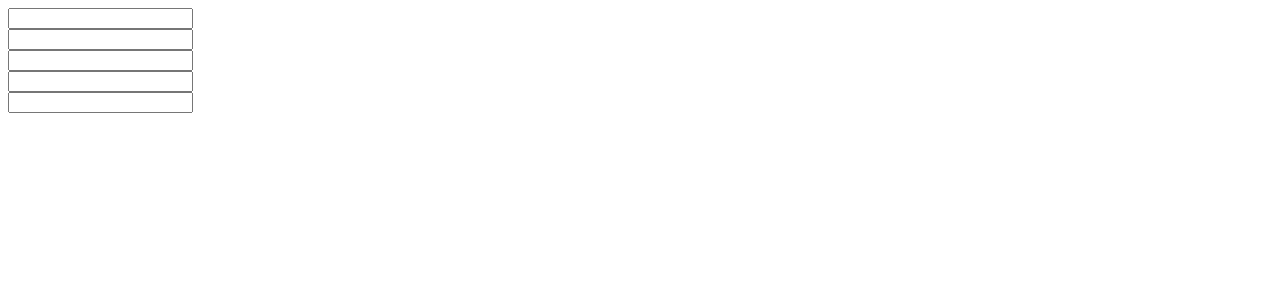
Repository: rajeshmalviya2011/MyRepo
Page: http://localhost/spring-boot/registration.jsp
An editor plug-in stored every save of this project. The page is shown before and after the next save, followed by the edit.
The browser window is 1280 px wide. The pictures show the whole page.
The page is served by Tomcat 9. Other server files are loaded and not shown.

Above is the page before, as saved 2020-08-07 10:30:57.

### spring-boot/src/main/webapp/registration.jsp
<%@ page language="java" contentType="text/html; charset=UTF-8"
    pageEncoding="UTF-8"%>
<!DOCTYPE html>
<html>
<head>
<meta charset="UTF-8">
<title>Insert title here</title>
</head>
<body>
	<form action="register">
		<input type="text" name="cif"><br>
		<input type="text" name="name"><br>
		<input type="text" name="dob"><br>
		<input type="text" name="onBoardingDate"><br>
		<input type="text" name="phone"><br>
	</form>
</body>
</html>

After the next save:
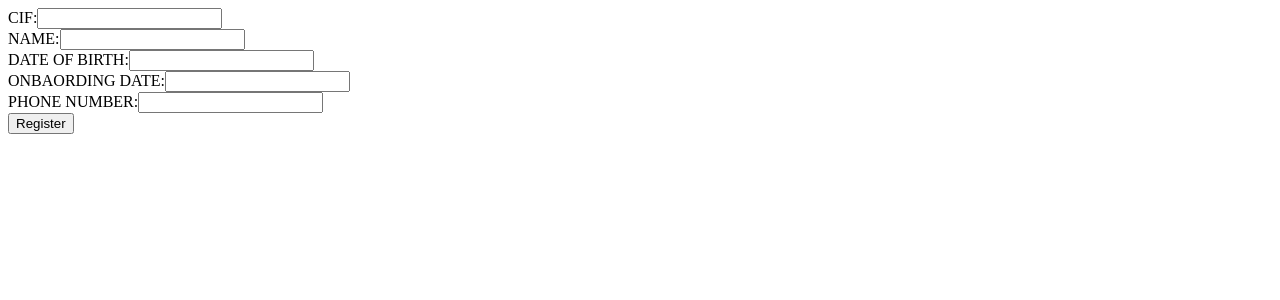
Saved 65 s later.
--- a/spring-boot/src/main/webapp/registration.jsp
+++ b/spring-boot/src/main/webapp/registration.jsp
@@ -8,11 +8,12 @@
 </head>
 <body>
 	<form action="register">
-		<input type="text" name="cif"><br>
-		<input type="text" name="name"><br>
-		<input type="text" name="dob"><br>
-		<input type="text" name="onBoardingDate"><br>
-		<input type="text" name="phone"><br>
+		CIF:<input type="text" name="cif"><br>
+		NAME:<input type="text" name="name"><br>
+		DATE OF BIRTH:<input type="text" name="dob"><br>
+		ONBAORDING DATE:<input type="text" name="onBoardingDate"><br>
+		PHONE NUMBER:<input type="text" name="phone"><br>
+		<input type="submit" value="Register">
 	</form>
 </body>
 </html>
